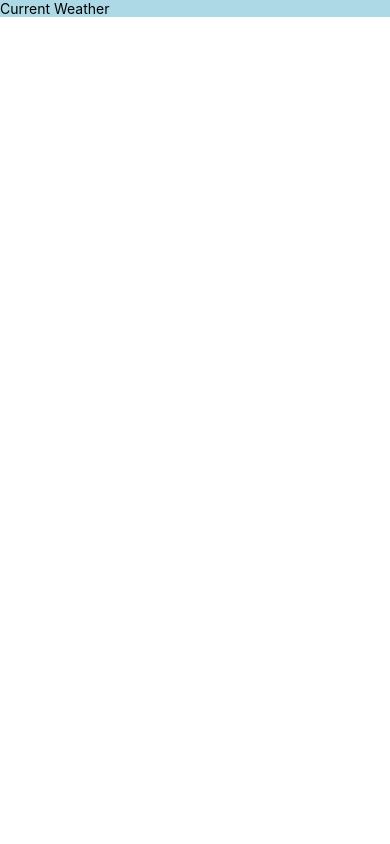
Repository: akinmiday/fcc
Screen: / (app in WeatherApp/)
These files come from the project's save history. The screen is drawn as it stood at one moment and after the next save; the edit follows.
The app was drawn by React Native's web renderer in a window 390 px wide. The project was rebuilt for these pictures with package versions that can differ from the ones it lists, and the page was loaded fresh each time.

Above is the screen before, as saved 2023-07-18 06:46:31.

After the next save:
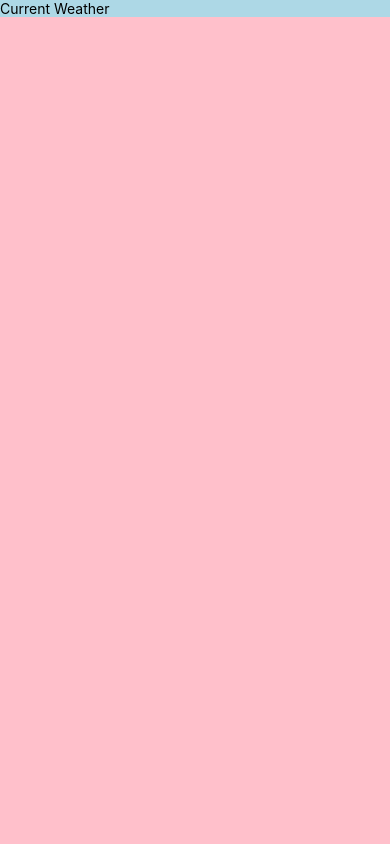
Saved 70 s later.
--- a/WeatherApp/App.js
+++ b/WeatherApp/App.js
@@ -16,7 +16,8 @@ const styles= StyleSheet.create({
     backgroundColor: 'lightblue'
   },
   wrapper:{
-    flex:1
+    flex:1,
+    backgroundColor: 'pink'
   }
 })
 
